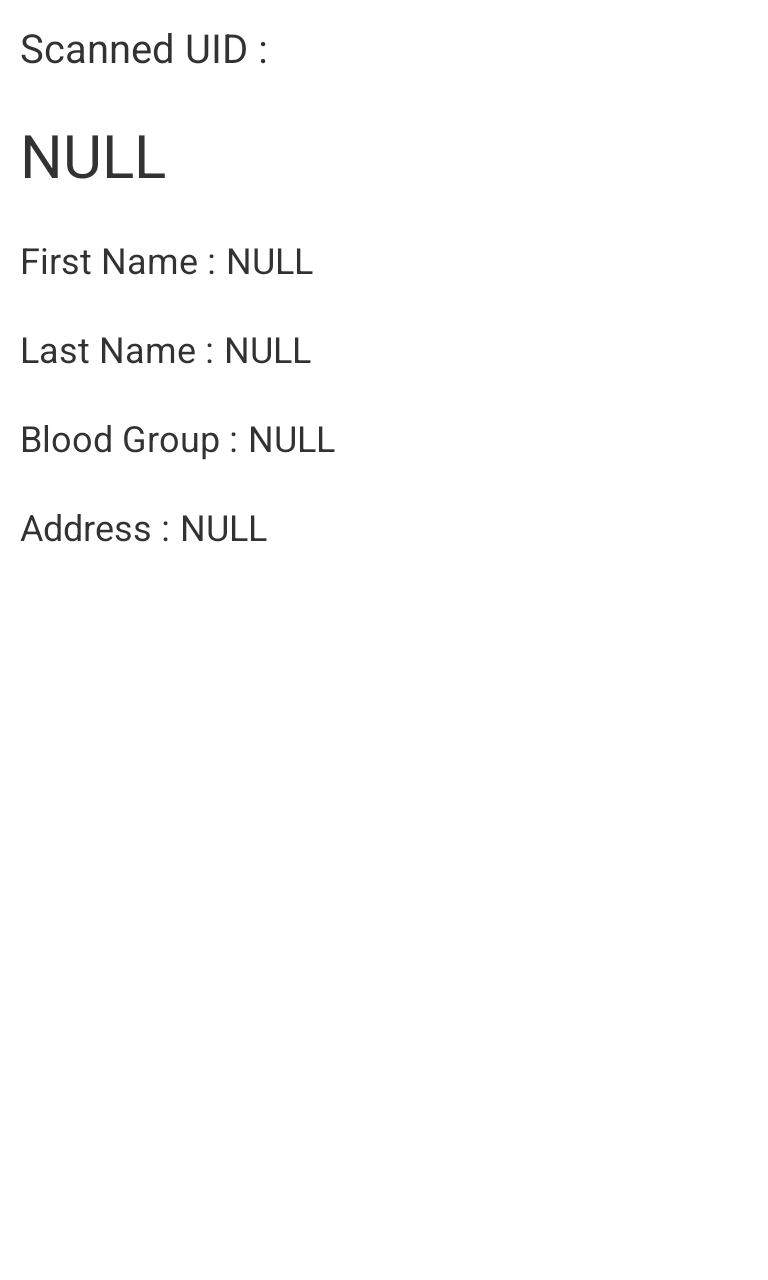
Repository: LennoxAlexion/UID
Layout: Android App/Uid-Project/res/layout/activity_qr_result.xml
The author's editor kept a copy of each file at every save. The layout is drawn from the files as they stood at one save, then again after the next save.
It is drawn on a 768 x 1280 px phone screen (xhdpi) without system bars, with theme AppTheme; the app's code is not run.

Above is the layout before, as saved 2015-03-29 07:03:47.

### Android App/Uid-Project/res/layout/activity_qr_result.xml
<?xml version="1.0" encoding="utf-8"?>
<LinearLayout xmlns:android="http://schemas.android.com/apk/res/android"
    android:layout_width="match_parent"
    android:layout_height="match_parent"
    android:orientation="vertical"
>

    <TextView
        android:layout_width="wrap_content"
        android:layout_height="wrap_content"
        android:text="Scanned UID : "
        android:layout_margin="10dp"
        android:textSize="20dp" />

    <TextView
        android:id="@+id/TextView_ScannedCode"
        android:layout_width="wrap_content"
        android:layout_height="wrap_content"
        android:text="NULL"
        android:layout_margin="10dp"
        android:textSize="30dp" />


    <LinearLayout
        android:layout_width="fill_parent"
        android:layout_height="wrap_content"
        android:layout_margin="5dp"
        android:orientation="horizontal"
        android:padding="5dp" >

        <TextView
            android:layout_width="wrap_content"
            android:layout_height="wrap_content"
            android:text="First Name :"
            android:textSize="18dp" />

        <TextView
            android:id="@+id/TextView_qr_result_FirstName"
            android:layout_width="wrap_content"
            android:layout_height="wrap_content"
            android:layout_marginLeft="5dp"
            android:text="NULL"
            android:textSize="18dp" />
    </LinearLayout>

    <LinearLayout
        android:layout_width="fill_parent"
        android:layout_height="wrap_content"
        android:layout_margin="5dp"
        android:orientation="horizontal"
        android:padding="5dp" >

        <TextView
            android:layout_width="wrap_content"
            android:layout_height="wrap_content"
            android:text="Last Name :"
            android:textSize="18dp" />

        <TextView
            android:id="@+id/TextView_qr_result_LastName"
            android:layout_width="wrap_content"
            android:layout_height="wrap_content"
            android:layout_marginLeft="5dp"
            android:text="NULL"
            android:textSize="18dp" />
    </LinearLayout>

    <LinearLayout
        android:layout_width="fill_parent"
        android:layout_height="wrap_content"
        android:layout_margin="5dp"
        android:orientation="horizontal"
        android:padding="5dp" >

        <TextView
            android:layout_width="wrap_content"
            android:layout_height="wrap_content"
            android:text="Blood Group :"
            android:textSize="18dp" />

        <TextView
            android:id="@+id/TextView_qr_result_BloodGroup"
            android:layout_width="wrap_content"
            android:layout_height="wrap_content"
            android:layout_marginLeft="5dp"
            android:text="NULL"
            android:textSize="18dp" />
    </LinearLayout>

    <LinearLayout
        android:layout_width="fill_parent"
        android:layout_height="wrap_content"
        android:layout_margin="5dp"
        android:orientation="horizontal"
        android:padding="5dp" >

        <TextView
            android:layout_width="wrap_content"
            android:layout_height="wrap_content"
            android:text="Address :"
            android:textSize="18dp" />

        <TextView
            android:id="@+id/TextView_qr_result_Address :"
            android:layout_width="wrap_content"
            android:layout_height="wrap_content"
            android:layout_marginLeft="5dp"
            android:text="NULL"
            android:textSize="18dp" />
    </LinearLayout>


</LinearLayout>

Loaded but not shown: Android App/Uid-Project/res/values/styles.xml (common file); Android App/Uid-Project/res/values-v11/styles.xml (common file); Android App/Uid-Project/res/values-v14/styles.xml (common file); Android App/Uid-Project/res/values-v21/styles.xml (common file)

After the next save:
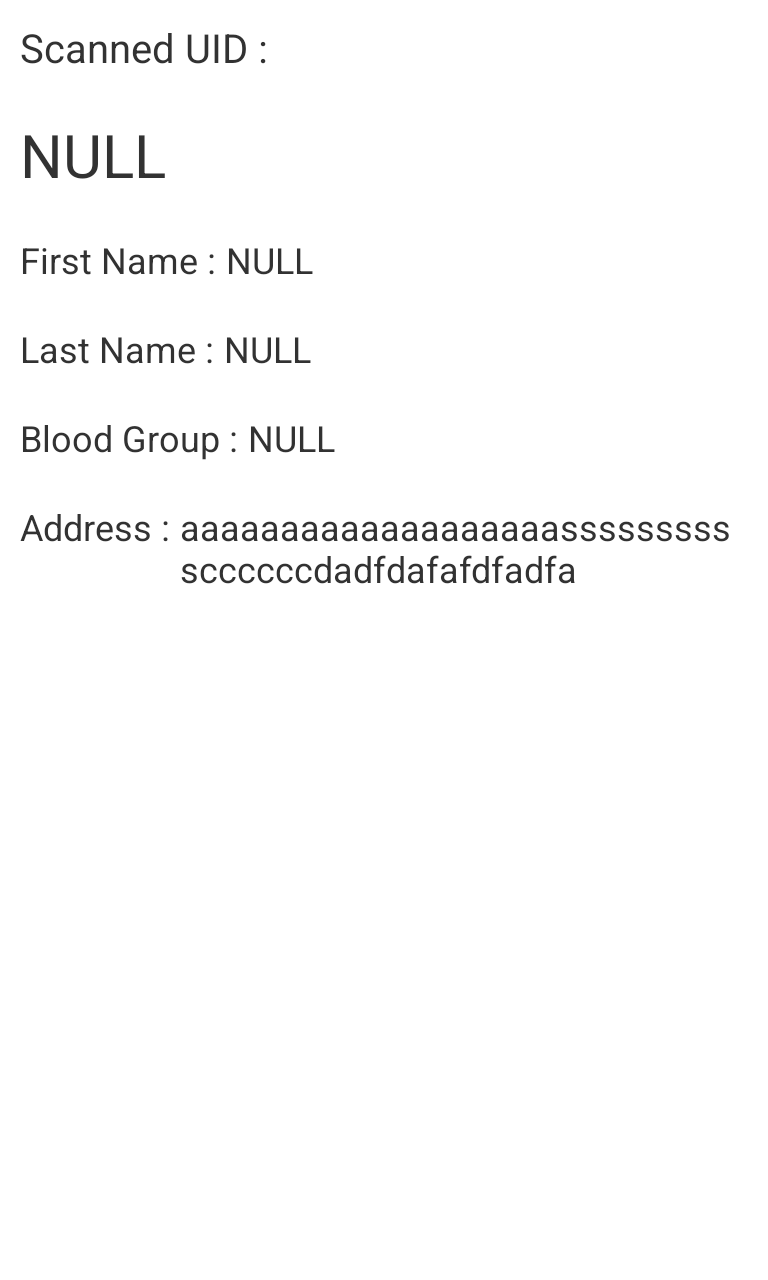
Saved 18 s later.
--- a/Android App/Uid-Project/res/layout/activity_qr_result.xml
+++ b/Android App/Uid-Project/res/layout/activity_qr_result.xml
@@ -105,7 +105,7 @@
             android:layout_width="wrap_content"
             android:layout_height="wrap_content"
             android:layout_marginLeft="5dp"
-            android:text="NULL"
+            android:text="aaaaaaaaaaaaaaaaaaassssssssssccccccdadfdafafdfadfa"
             android:textSize="18dp" />
     </LinearLayout>
 
